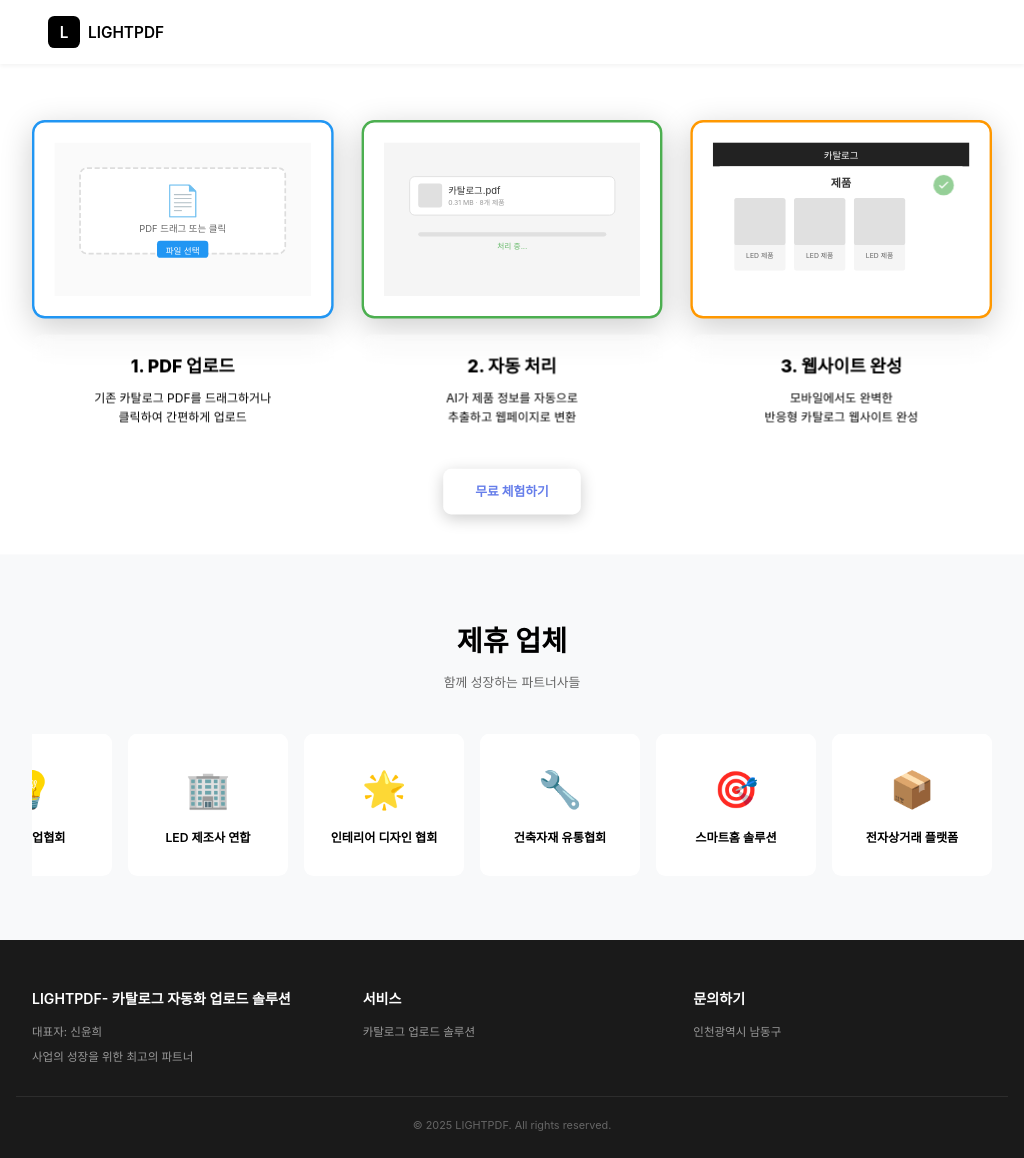
Repository: ororso11/catamaster
Page: index.html
These files come from the project's save history. The page is drawn as it stood at one moment and after the next save; the edit follows.
The browser window is 1280 px wide. The pictures show the whole page, at 80% of full size.

Above is the page before, as saved 2025-10-05 00:56:19.

### index.html
<!DOCTYPE html>
<html lang="ko">
<head>
    <meta charset="UTF-8">
    <meta name="viewport" content="width=device-width, initial-scale=1.0">
    <title>LIGHTPDF - 카탈로그 자동화 업로드 솔루션</title>
    <link rel="stylesheet" href="style.css">
</head>
<body>
    <header>
        <div class="header-container">
            <div class="logo">
                <div class="logo-icon">L</div>
                <span>LIGHTPDF</span>
            </div>
        </div>
    </header>

    <section class="hero">
        <div class="hero-content">
            <div class="process-container">
                <!-- Step 1 -->
                <div class="process-card">
                    <div class="card-inner card-1">
                        <svg viewBox="0 0 300 180" xmlns="http://www.w3.org/2000/svg">
                            <rect fill="#fafafa" width="300" height="180"/>
                            <rect x="30" y="30" width="240" height="100" rx="8" fill="white" stroke="#ddd" stroke-width="2" stroke-dasharray="6,3"/>
                            <text class="upload-icon" x="150" y="80" text-anchor="middle" font-size="35">📄</text>
                            <text x="150" y="105" text-anchor="middle" fill="#666" font-size="11">PDF 드래그 또는 클릭</text>
                            <rect x="120" y="115" width="60" height="20" rx="4" fill="#2196F3"/>
                            <text x="150" y="130" text-anchor="middle" fill="white" font-size="10">파일 선택</text>
                        </svg>
                    </div>
                    <div class="card-description">
                        <h3>1. PDF 업로드</h3>
                        <p>기존 카탈로그 PDF를 드래그하거나<br>클릭하여 간편하게 업로드</p>
                    </div>
                </div>

                <!-- Step 2 -->
                <div class="process-card">
                    <div class="card-inner card-2">
                        <svg viewBox="0 0 300 180" xmlns="http://www.w3.org/2000/svg">
                            <rect fill="#f5f5f5" width="300" height="180"/>
                            <rect x="30" y="40" width="240" height="45" rx="6" fill="white" stroke="#ddd"/>
                            <rect x="40" y="48" width="28" height="28" rx="3" fill="#e0e0e0"/>
                            <text x="75" y="60" fill="#333" font-size="11">카탈로그.pdf</text>
                            <text x="75" y="73" fill="#999" font-size="8">0.31 MB · 8개 제품</text>
                            <rect x="40" y="105" width="220" height="5" rx="2.5" fill="#e0e0e0"/>
                            <rect class="progress-bar" x="40" y="105" width="0" height="5" rx="2.5" fill="#4CAF50"/>
                            <text class="processing-text" x="150" y="125" text-anchor="middle" fill="#4CAF50" font-size="9">처리 중...</text>
                        </svg>
                    </div>
                    <div class="card-description">
                        <h3>2. 자동 처리</h3>
                        <p>AI가 제품 정보를 자동으로<br>추출하고 웹페이지로 변환</p>
                    </div>
                </div>

                <!-- Step 3 -->
                <div class="process-card">
                    <div class="card-inner card-3">
                        <svg viewBox="0 0 300 180" xmlns="http://www.w3.org/2000/svg">
                            <rect fill="#222" width="300" height="28"/>
                            <text x="150" y="19" text-anchor="middle" fill="white" font-size="11">카탈로그</text>
                            <rect x="8" y="28" width="284" height="144" fill="#fff"/>
                            <text x="150" y="52" text-anchor="middle" fill="#333" font-size="13" font-weight="bold">제품</text>

                            <g class="product-1">
                                <rect x="25" y="65" width="60" height="85" rx="3" fill="#f5f5f5"/>
                                <rect x="25" y="65" width="60" height="55" rx="3" fill="#e0e0e0"/>
                                <text x="55" y="135" text-anchor="middle" fill="#666" font-size="8">LED 제품</text>
                            </g>

                            <g class="product-2">
                                <rect x="95" y="65" width="60" height="85" rx="3" fill="#f5f5f5"/>
                                <rect x="95" y="65" width="60" height="55" rx="3" fill="#e0e0e0"/>
                                <text x="125" y="135" text-anchor="middle" fill="#666" font-size="8">LED 제품</text>
                            </g>

                            <g class="product-3">
                                <rect x="165" y="65" width="60" height="85" rx="3" fill="#f5f5f5"/>
                                <rect x="165" y="65" width="60" height="55" rx="3" fill="#e0e0e0"/>
                                <text x="195" y="135" text-anchor="middle" fill="#666" font-size="8">LED 제품</text>
                            </g>

                            <g class="checkmark">
                                <circle cx="270" cy="50" r="12" fill="#4CAF50"/>
                                <path d="M 265 50 L 268 53 L 275 46" stroke="white" stroke-width="1.5" fill="none"/>
                            </g>
                        </svg>
                    </div>
                    <div class="card-description">
                        <h3>3. 웹사이트 완성</h3>
                        <p>모바일에서도 완벽한<br>반응형 카탈로그 웹사이트 완성</p>
                    </div>
                </div>
            </div>
              <a href="dashboard.html" class="cta-button">무료 체험하기</a>
        </div>
    </section>

    <section class="partners">
        <h2 class="section-title">제휴 업체</h2>
        <p class="section-subtitle">함께 성장하는 파트너사들</p>

        <div class="partners-slider">
            <div class="partners-track">
                <div class="partner-card"><div class="partner-logo">💡</div><div class="partner-name">조명산업협회</div></div>
                <div class="partner-card"><div class="partner-logo">🏢</div><div class="partner-name">LED 제조사 연합</div></div>
                <div class="partner-card"><div class="partner-logo">🌟</div><div class="partner-name">인테리어 디자인 협회</div></div>
                <div class="partner-card"><div class="partner-logo">🔧</div><div class="partner-name">건축자재 유통협회</div></div>
                <div class="partner-card"><div class="partner-logo">🎯</div><div class="partner-name">스마트홈 솔루션</div></div>
                <div class="partner-card"><div class="partner-logo">📦</div><div class="partner-name">전자상거래 플랫폼</div></div>
                <div class="partner-card"><div class="partner-logo">💡</div><div class="partner-name">조명산업협회</div></div>
                <div class="partner-card"><div class="partner-logo">🏢</div><div class="partner-name">LED 제조사 연합</div></div>
                <div class="partner-card"><div class="partner-logo">🌟</div><div class="partner-name">인테리어 디자인 협회</div></div>
                <div class="partner-card"><div class="partner-logo">🔧</div><div class="partner-name">건축자재 유통협회</div></div>
            </div>
        </div>
    </section>

    <footer>
        <div class="footer-content">
            <div class="footer-section">
                <h3>LIGHTPDF- 카탈로그 자동화 업로드 솔루션</h3>
                <p>대표자: 신윤희</p>
                <p>사업의 성장을 위한 최고의 파트너</p>
            </div>
            <div class="footer-section">
                <h3>서비스</h3>
                <p>카탈로그 업로드 솔루션</p>
            </div>
            <div class="footer-section">
                <h3>문의하기</h3>
                <p>인천광역시 남동구</p>
            </div>
        </div>
        <div class="footer-bottom">
            <p>&copy; 2025 LIGHTPDF. All rights reserved.</p>
        </div>
    </footer>
</body>
</html>

### style.css
* {
    margin: 0;
    padding: 0;
    box-sizing: border-box;
}

body {
    font-family: -apple-system, BlinkMacSystemFont, 'Segoe UI', 'Malgun Gothic', sans-serif;
    color: #333;
    line-height: 1.6;
    overflow-x: hidden;
     -ms-overflow-style: none;
}

::-webkit-scrollbar {
  display: none;
}

/* Header */
header {
    background: white;
    padding: 20px 0;
    box-shadow: 0 2px 5px rgba(0,0,0,0.05);
    position: sticky;
    top: 0;
    z-index: 100;
}

.header-container {
    max-width: 1200px;
    margin: 0 auto;
    padding: 0 20px;
    display: flex;
    justify-content: space-between;
    align-items: center;
}

.logo {
    display: flex;
    align-items: center;
    gap: 10px;
    font-size: 1.2rem;
    font-weight: 600;
    color: #000;
}

.logo-icon {
    width: 40px;
    height: 40px;
    background: #000;
    border-radius: 8px;
    display: flex;
    align-items: center;
    justify-content: center;
    color: white;
    font-size: 1.2rem;
}

/* Hero Section */
.hero {
    /* background: linear-gradient(135deg, #667eea 0%, #764ba2 100%); */
    /* padding: 80px 20px 100px; */
    padding:0px 10px 50px;
    text-align: center;
}

.hero-content {
    max-width: 1200px;
    margin: 0 auto;
}

.hero h1 {
    font-size: 3rem;
    font-weight: 800;
    margin-bottom: 20px;
    /* color: white; */
    line-height: 1.3;
}

.subtitle {
    font-size: 1.3rem;
    /* color: rgba(255, 255, 255, 0.95); */
    margin-bottom: 35px;
    font-weight: 600;
}

.cta-button {
    display: inline-block;
    padding: 16px 40px;
    background: white;
    color: #667eea;
    text-decoration: none;
    border-radius: 10px;
    font-weight: 700;
    font-size: 1rem;
    transition: all 0.3s;
    box-shadow: 0 5px 20px rgba(0, 0, 0, 0.2);
    margin-top:30px;
}

.cta-button:hover {
    transform: translateY(-3px);
    box-shadow: 0 8px 25px rgba(0, 0, 0, 0.3);
}

/* 프로세스 컨테이너 - 크게 부각 */
.process-container {
    margin-top: 70px;
    display: grid;
    grid-template-columns: repeat(3, 1fr);
    gap: 35px;
    max-width: 1200px;
    margin-left: auto;
    margin-right: auto;
}

.process-card {
    text-align: center;
}

.card-inner {
    background: white;
    border-radius: 16px;
    padding: 25px;
    box-shadow: 0 10px 40px rgba(0, 0, 0, 0.2);
    margin-bottom: 20px;
    transition: all 0.4s cubic-bezier(0.175, 0.885, 0.32, 1.275);
    position: relative;
}

.card-1 {
    border: 3px solid #2196F3;
}

.card-2 {
    border: 3px solid #4CAF50;
}

.card-3 {
    border: 3px solid #FF9800;
}

.card-inner:hover {
    transform: translateY(-12px) scale(1.03);
    box-shadow: 0 20px 60px rgba(0, 0, 0, 0.3);
}

.card-inner svg {
    width: 100%;
    height: auto;
    display: block;
}

.card-description {
    background: rgba(255, 255, 255, 0.2);
    border-radius: 14px;
    padding: 22px;
    backdrop-filter: blur(12px);
    transition: all 0.3s;
    color: #000;
}

.process-card:hover .card-description {
    background: rgba(255, 255, 255, 0.3);
    transform: translateY(-5px);
}

.card-description h3 {
    /* color: white; */
    font-size: 22px;
    font-weight: 800;
    margin-bottom: 10px;
}

.card-description p {
    /* color: rgba(255, 255, 255, 0.95); */
    font-size: 15px;
    line-height: 1.6;
}

/* 애니메이션 */
.card-1:hover .upload-icon {
    animation: bounce 1s ease-in-out infinite;
}

@keyframes bounce {
    0%, 100% { transform: translateY(0); }
    50% { transform: translateY(-10px); }
}

.progress-bar {
    animation: fillProgress 2.5s ease-in-out infinite;
}

@keyframes fillProgress {
    0% { width: 0; }
    50% { width: 220px; }
    100% { width: 0; }
}

.processing-text {
    animation: blink 1.5s ease-in-out infinite;
}

@keyframes blink {
    0%, 100% { opacity: 0.3; }
    50% { opacity: 1; }
}

.product-1, .product-2, .product-3 {
    opacity: 0;
    animation: fadeIn 3s ease-in-out infinite;
}

.product-1 {
    animation-delay: 0s;
}

.product-2 {
    animation-delay: 0.4s;
}

.product-3 {
    animation-delay: 0.8s;
}

.checkmark {
    opacity: 0;
    animation: fadeIn 3s ease-in-out infinite;
    animation-delay: 1.5s;
}

@keyframes fadeIn {
    0%, 100% { opacity: 0; }
    30%, 70% { opacity: 1; }
}

/* Partners Section */
.partners {
    padding: 80px 20px;
    background: #f8f9fa;
    overflow: hidden;
}

.section-title {
    text-align: center;
    font-size: 2.2rem;
    color: #000;
    margin-bottom: 12px;
    font-weight: 700;
}

.section-subtitle {
    text-align: center;
    color: #666;
    margin-bottom: 50px;
    font-size: 1rem;
}

.partners-slider {
    max-width: 1200px;
    margin: 0 auto;
    overflow: hidden;
}

.partners-track {
    display: flex;
    gap: 20px;
    animation: scroll 30s linear infinite;
}

@keyframes scroll {
    0% { transform: translateX(0); }
    100% { transform: translateX(-50%); }
}

.partner-card {
    min-width: 200px;
    background: white;
    padding: 35px 20px;
    border-radius: 12px;
    text-align: center;
    flex-shrink: 0;
    transition: all 0.3s;
}

.partner-card:hover {
    transform: translateY(-5px);
    box-shadow: 0 5px 20px rgba(0,0,0,0.1);
}

.partner-logo {
    font-size: 2.8rem;
    margin-bottom: 12px;
}

.partner-name {
    font-weight: 600;
    color: #000;
    font-size: 0.95rem;
}

/* Footer */
footer {
    background: #1a1a1a;
    color: #999;
    padding: 60px 20px 30px;
}

.footer-content {
    max-width: 1200px;
    margin: 0 auto;
    display: grid;
    grid-template-columns: repeat(3, 1fr);
    gap: 40px;
    margin-bottom: 30px;
}

.footer-section h3 {
    margin-bottom: 15px;
    font-size: 1.1rem;
    color: white;
    font-weight: 600;
}

.footer-section p {
    color: #999;
    font-size: 0.9rem;
    margin-bottom: 8px;
}

.footer-bottom {
    text-align: center;
    padding-top: 25px;
    border-top: 1px solid #333;
    color: #666;
    font-size: 0.85rem;
}

/* 반응형 */
@media (max-width: 768px) {
    .hero h1 {
        font-size: 2rem;
    }

    .process-container {
        grid-template-columns: 1fr;
        gap: 40px;
    }

    .footer-content {
        grid-template-columns: 1fr;
    }
}

After the next save:
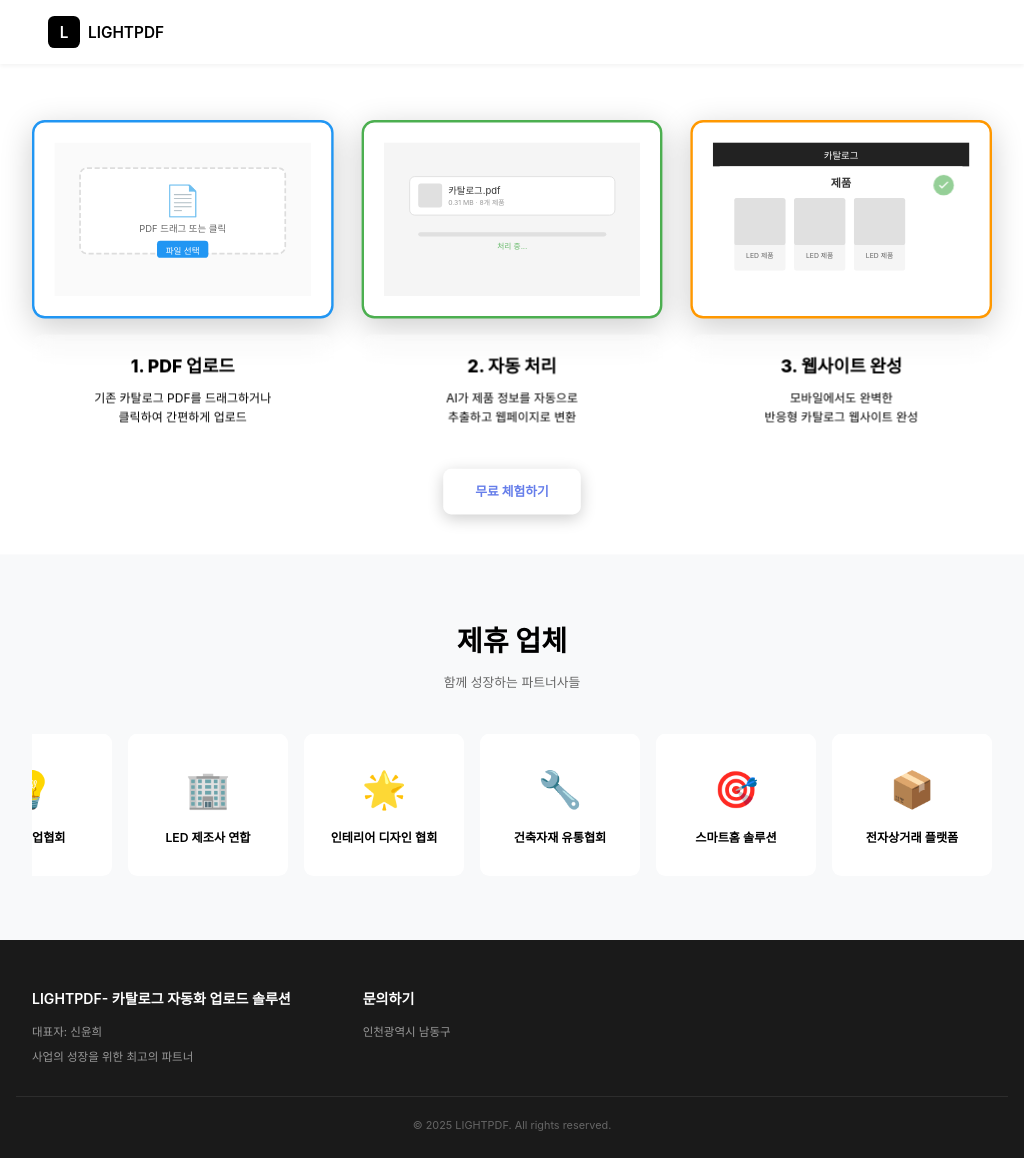
Saved 53 s later.
--- a/index.html
+++ b/index.html
@@ -128,10 +128,6 @@
                 <p>사업의 성장을 위한 최고의 파트너</p>
             </div>
             <div class="footer-section">
-                <h3>서비스</h3>
-                <p>카탈로그 업로드 솔루션</p>
-            </div>
-            <div class="footer-section">
                 <h3>문의하기</h3>
                 <p>인천광역시 남동구</p>
             </div>
